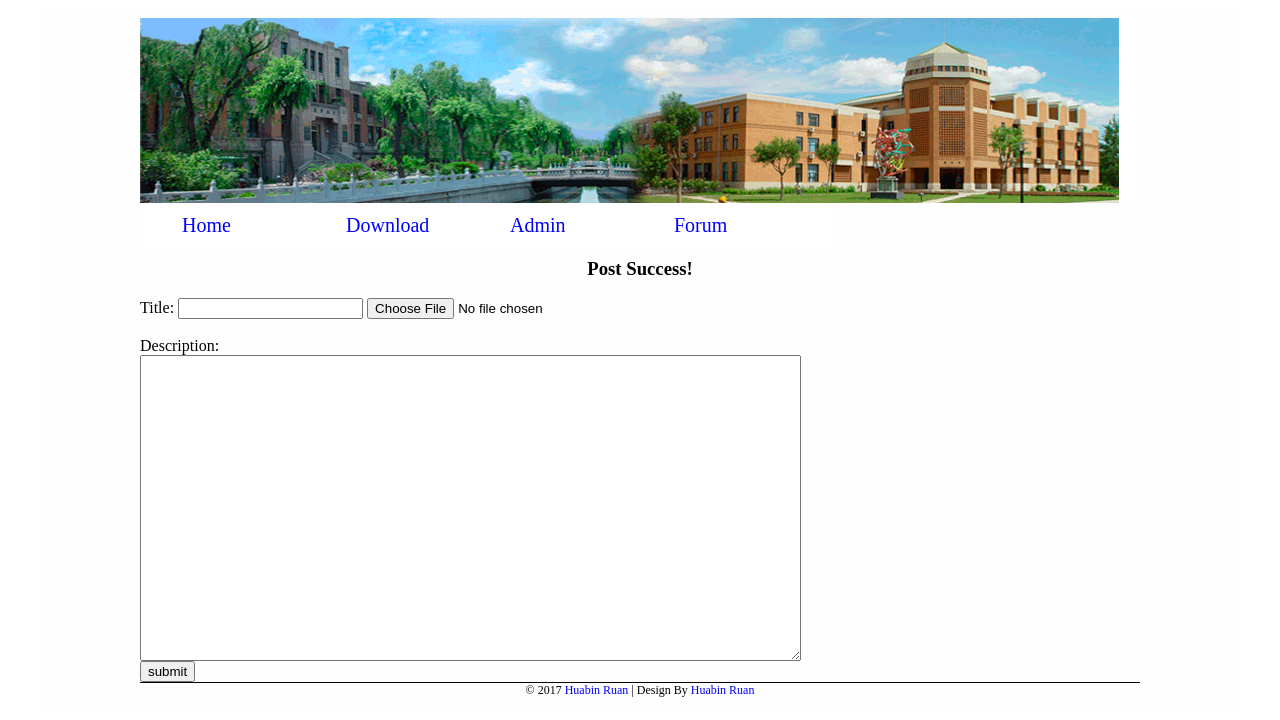
Repository: ruanhuabin/LifeSoftwareWebSite
Page: http://localhost/CryoEM/admin_login.jsp
These files come from the project's save history. The page is drawn as it stood at one moment and after the next save; the edit follows.
The browser window is 1280 px wide. The pictures show the whole page.
The page is served by Tomcat 9. Nobody is signed in. The application's start-up code is not run. Other server files are loaded and not shown.

Above is the page before, as saved 2017-08-08 09:17:35.

### CryoEM/WebRoot/admin_login.jsp
<%@ page language="java" import="java.util.*" pageEncoding="utf-8"%>
<%
String path = request.getContextPath();
String basePath = request.getScheme()+"://"+request.getServerName()+":"+request.getServerPort()+path+"/";
%>


<!DOCTYPE html PUBLIC "-//W3C//DTD XHTML 1.0 Transitional//EN" "http://www.w3.org/TR/xhtml1/DTD/xhtml1-transitional.dtd">
<html xmlns="http://www.w3.org/1999/xhtml">
<head>
<meta http-equiv="Content-Type" content="text/html; charset=utf-8" />
<link href="<%=basePath%>/style.css" rel="stylesheet" type="text/css" />
</head>
<body>


<div id="main-container">
<div id="header"></div>
<div id="navigation">
	<ul>
		<li><a href="<%=path%>/index.jsp">Home</font></a></li>
		<li><a href="<%=path%>/user/User_listSoftware.action">Download</a></li>
		<li><a href="<%=path%>/post/Admin_toAdmin.action">Admin</a></li>
		<li><a href="http://10.10.32.133/thunder/answers/">Forum</a></li>
	</ul>
</div>
<script type="text/javascript">
		var index_plist = {
			obj : document.getElementById("navigation")
					.getElementsByTagName("li"),
			currObj : null,
			init : function() {
				for (i = 0; i < index_plist.obj.length; i++) {
					eval("index_plist.obj[i].getElementsByTagName('a')[0].onclick=function(){this.className='curr';if(index_plist.currObj){index_plist.currObj.className=''}index_plist.currObj=this}");
				}
			}
		};
		index_plist.init();
</script>


<br/>
<br/>

 <h3 align="center">
	 Post Success!
 </h3>
<div id="form-div">
	<form action="post/Admin_adminLogin.action"	enctype="multipart/form-data" method="post" style="" title="" id="" class="">


	  Title: <input type="text" name="title"/> <input type="file" name="yourFile" />
	  <br />
	  <br />

	  Description:
	  <br />


	  <textarea rows="20" cols="80" name="description"></textarea>
	  <br/>

	  <input type="submit" value="submit" />

</form>

<div id="footer">&copy; 2017 <a href="mailto:ruanhuabin@tsinghua.edu.cn">Huabin Ruan</a> | Design By <a href="#">Huabin Ruan</a> </div>
</div>


</body>
</html>

### CryoEM/WebRoot/style.css
#header {height:185px; width:100%;background-image: url(images/banner.png);background-repeat: no-repeat; background-color:white;}
body
{
	background-color:white;
	font-family: "Times New Roman",Georgia,Serif
}
#footer {
	width:100%;
	border-top:  #000000 1px solid;
	text-align:center;
	font-size:12px;
	}


.form-div {
    /* border: 1px solid black; */
    margin-top: 20px;
    margin-bottom: 100px;
    margin-right: 150px;
    margin-left: 0px;
    background-color: white;
}

#admin-login-form {

   /*  margin-top: 50px;
    margin-bottom: 100px;
    margin-right: 150px;
    margin-left: 200px;
    background-color: white; */
    align: center

}

#content-div {
   /*  border: 1px solid black; */
    margin-top: 40px;
    margin-bottom: 100px;
    margin-right: 150px;
    margin-left: 0px;
    background-color: white;
}

#main-container {
	width:1000px;
	/* width:80% */
	border: #000000 0px solid;
	margin: 0 auto;
 	background-color:#FEFEFE;
   /*  background-color:white; */

    clear:both;
	/* padding:25px 100px; */
	padding:10px 100px
	}

#leftbar {
	float:left;
	width:800px;
	border-right:1px solid #BCBDBC;
}

#rightbar {
	float:left;
	width:200px;
}

a
{
	text-decoration: none;
	color:blue;
}

a:hover
{
	color:red;
}
a:visited
{
	color: blue;
}

ul {margin-left: 0; padding-left: 40px;}
/* li {margin-left: 0; padding-left: 50px;} */

#navigation{list-style:none; text-align:left; font-size:20px; background:white; float:left}
#navigation li{width:160px; height:20px; line-height:0px; float:left; margin:2px; list-style:none;}
#navigation a{height:100%; display:block; text-decoration:none}
#navigation .curr{background:url(sub/images/nav_on.png); color:red;}

/* ul, li { list-style: none; margin: 0; padding: 0; }
ul { padding-left: 1em; }
li { padding-left: 1em;
  border: 1px dotted black;
  border-width: 0 0 1px 1px;
}
li.container { border-bottom: 0px; }
li.empty { font-style: italic;
  color: silver;
  border-color: silver;
}
li p { margin: 0;
  background: white;
  position: relative;
  top: 0.5em;
}
li ul {
  border-top: 1px dotted black;
  margin-left: -1em;
  padding-left: 2em;
}
ul li:last-child ul {
  border-left: 1px solid white;
  margin-left: -17px;
}  */


/* li{
    margin-top: 1px;
    margin:0;
    border:1px solid red;
}

li:first-child {
    margin-top:0;
} */

After the next save:
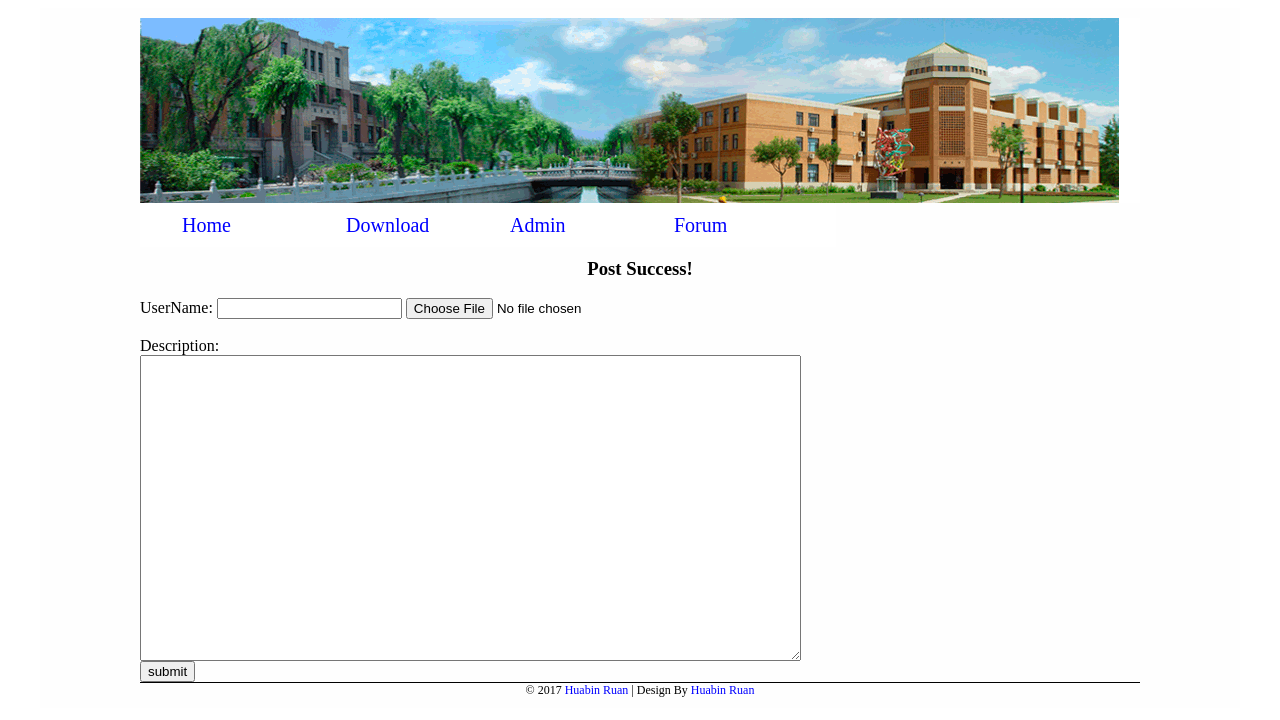
Saved 13 s later.
--- a/CryoEM/WebRoot/admin_login.jsp
+++ b/CryoEM/WebRoot/admin_login.jsp
@@ -49,7 +49,7 @@ String basePath = request.getScheme()+"://"+request.getServerName()+":"+request.
 	<form action="post/Admin_adminLogin.action"	enctype="multipart/form-data" method="post" style="" title="" id="" class="">
 
 
-	  Title: <input type="text" name="title"/> <input type="file" name="yourFile" />
+	  UserName: <input type="text" name="title"/> <input type="file" name="yourFile" />
 	  <br />
 	  <br />
 
